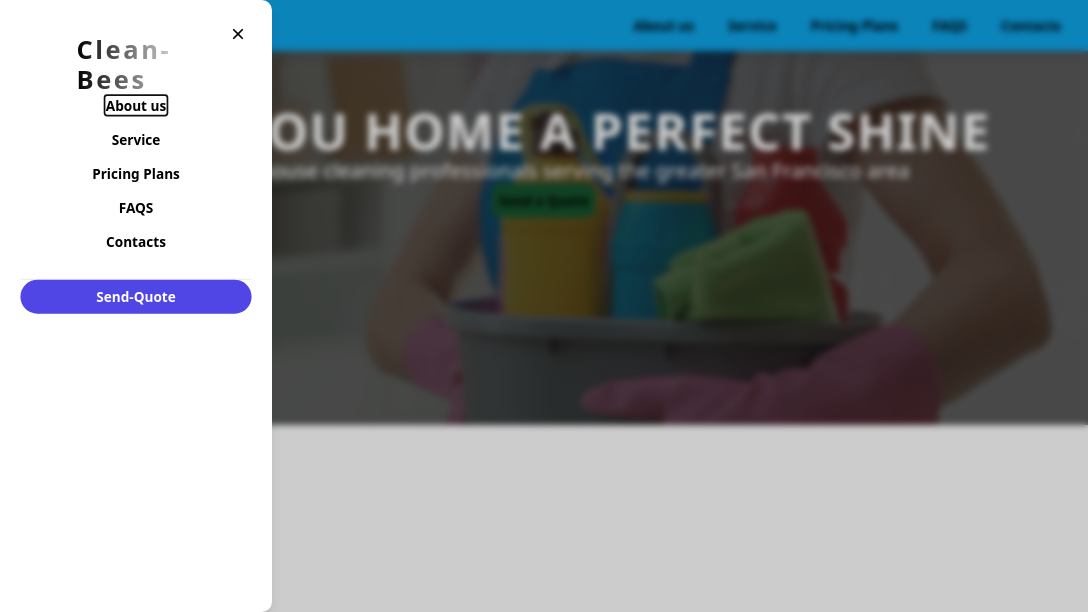
Repository: remydev47/cleanbees
Page: /
These files come from the project's save history. The page is drawn as it stood at one moment and after the next save; the edit follows.
The browser window is 1280 px wide. The pictures show the whole page, at 85% of full size.
Pictures or frames that could not be fetched are drawn as grey boxes. The project was rebuilt for these pictures with package versions that can differ from the ones it lists, and the page was loaded fresh each time. The framework's server and built-in components were replaced by stand-ins that run in the browser. Also part of the build but not shown: next.config.js.

Above is the page before, as saved 2022-09-16 14:37:19.

After the next save:
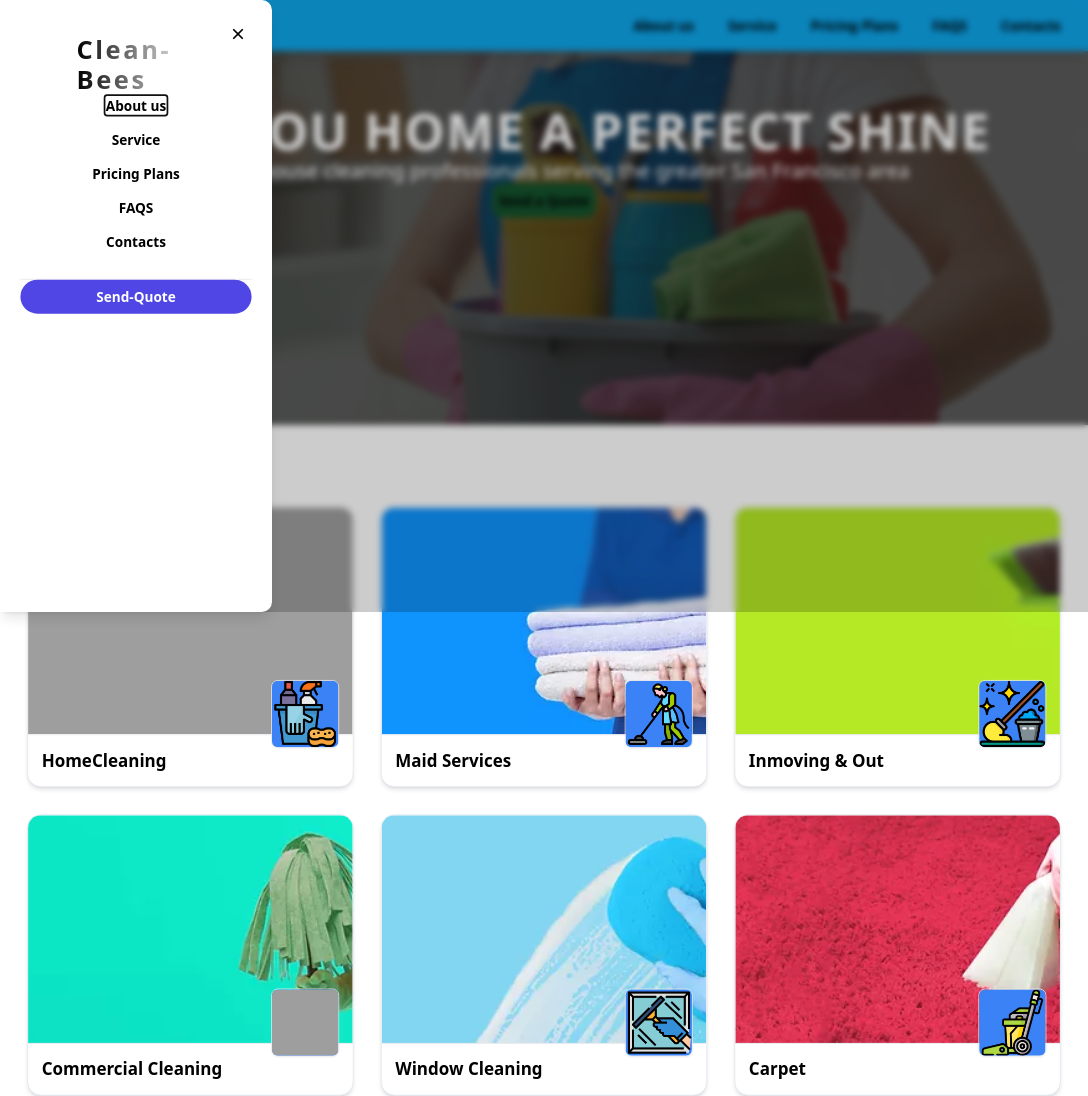
Saved 2 min 36 s later.
--- a/components/Services.tsx
+++ b/components/Services.tsx
@@ -1,5 +1,6 @@
 import React from 'react';
 import Image from 'next/image'
+import Link from 'next/link';
 
 const serviceItems =[
     {
@@ -46,6 +47,44 @@ const Services = () => {
         <div>
             <h2 className="text-2xl font-semibold"> Our Services </h2>
         </div>
+
+        <div id="top-companies__items" className="grid grid-cols-1 gap-8 sm:grid-cols-2 lg:grid-cols-3">
+              {serviceItems.map((item, i) => (
+                 <Link href="/#" key={i}>
+                  <a className="group block overflow-hidden rounded-2xl border border-slate-200 bg-white shadow-md transition-all duration-150 hover:-translate-y-1 hover:shadow-lg dark:border-slate-800 dark:bg-slate-700">
+                    <div className="relative block overflow-hidden  pt-[70%]">
+                     <Image
+                       src={item.image}
+                       alt={item.name}
+                       layout="fill"
+                       objectFit="cover"
+                       className="transition-all duration-200 group-hover:scale-[102%]"
+                      />
+                    </div>
+                    <div className="relative flex flex-col border-t p-4 dark:border-slate-600">
+                <span className="absolute right-4 -top-[65px] block h-[80px] w-[80px] overflow-hidden rounded-lg border shadow-sm dark:border-slate-600">
+                  <div className="relative block overflow-hidden  bg-blue-500 pt-[100%]">
+                    <Image
+                      src={item.logo}
+                      alt={item.name}
+                      layout="fill"
+                      objectFit="cover"
+                    />
+                  </div>
+                </span>
+
+                <h5 className="block truncate text-xl font-semibold capitalize">
+                  {item.name}
+                </h5>
+                <span className="block truncate text-slate-500 dark:text-slate-400">
+                  {item.description}
+                </span>
+              </div>
+                 </a>
+                 </Link>
+              ))}
+            </div>
+
     </section>
   )
 }
